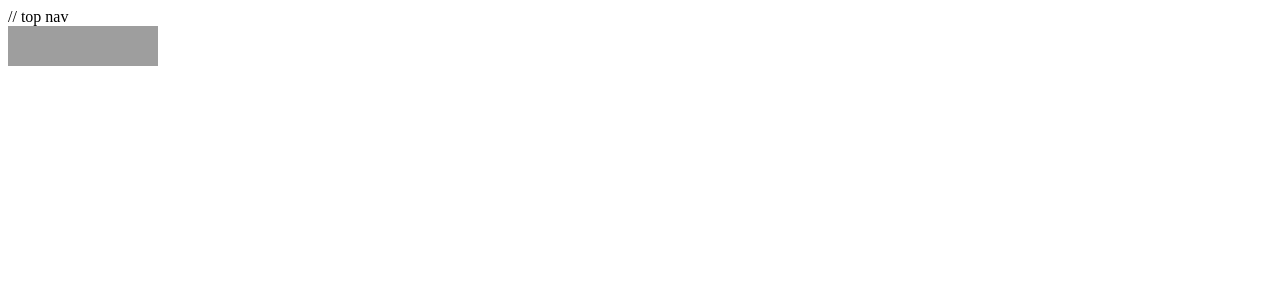
Repository: ramlakhan1/Amazon-starter-template-nextjs
Page: /
The author's editor kept a copy of each file at every save. The page is drawn from the files as they stood at one save, then again after the next save.
The browser window is 1280 px wide. The pictures show the whole page.
Pictures or frames that could not be fetched are drawn as grey boxes. The project was rebuilt for these pictures with package versions that can differ from the ones it lists, and the page was loaded fresh each time. The framework's server and built-in components were replaced by stand-ins that run in the browser. Also part of the build but not shown: next.config.js.

Above is the page before, as saved 2022-06-23 22:07:14.

### src/pages/index.js
import Head from "next/head";
import Header from "../components/Header";

export default function Home() {
  return (
    <div>
      <Head>
        <title>Amazon 2.0</title>
      </Head>

      <Header />
    </div>
  );
}

### src/components/Header.js
import React from 'react'
import Image from 'next/image'
function Header() {
  return (
    <header>
        // top nav
        <div>
            <div>
                <Image
                  src='https://links.papareact.com/f90'
                  width={150}
                  height={40}
                />
            </div>

        </div>
        <div></div>
    </header>
  )
}

export default Header

After the next save:
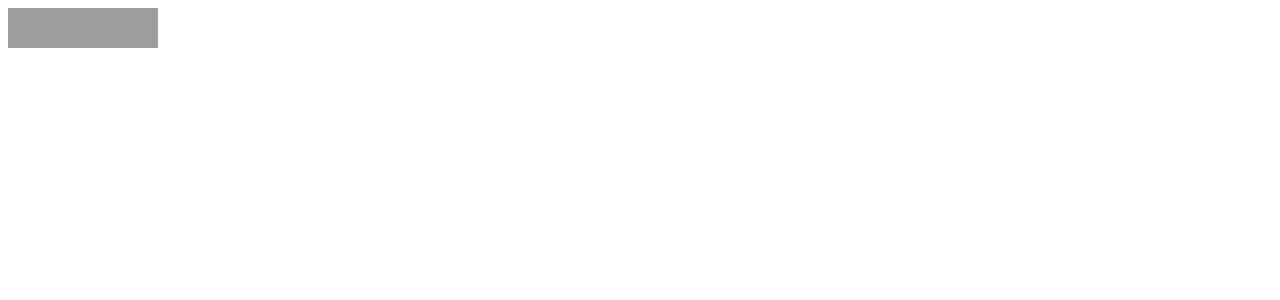
Saved 38 s later.
--- a/src/components/Header.js
+++ b/src/components/Header.js
@@ -3,7 +3,7 @@ import Image from 'next/image'
 function Header() {
   return (
     <header>
-        // top nav
+
         <div>
             <div>
                 <Image
